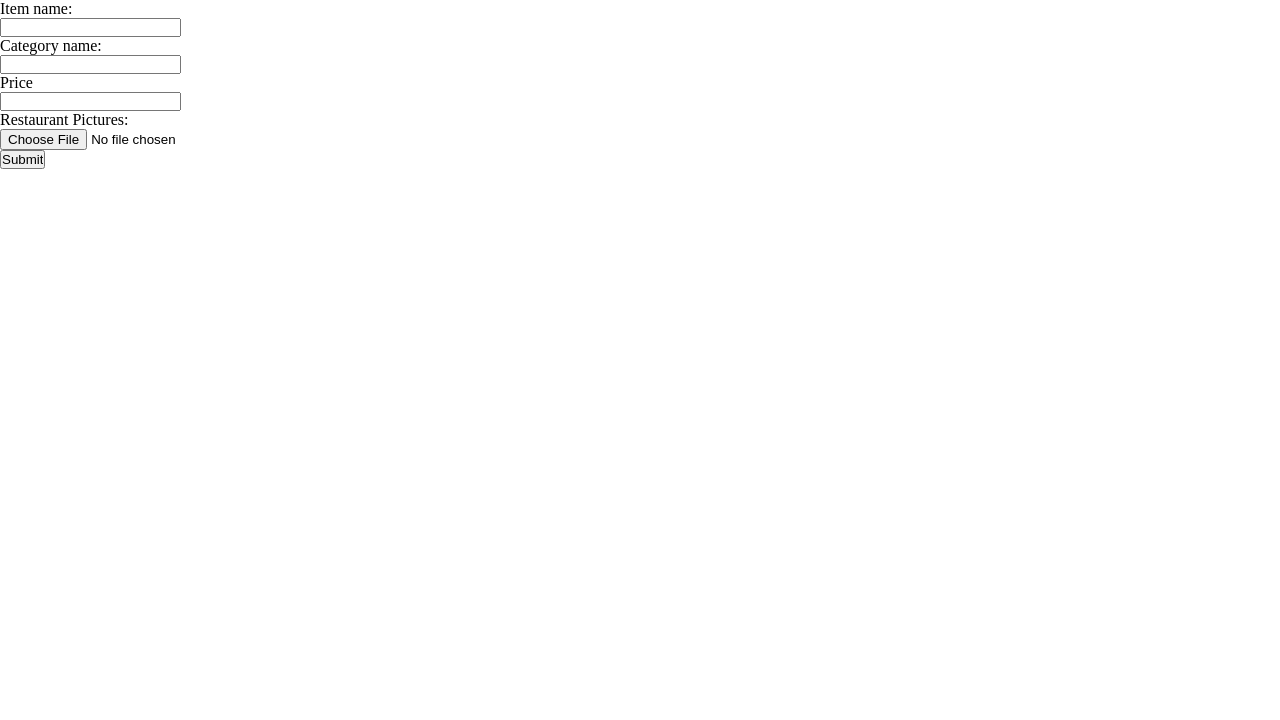
Repository: jatannoury/Ecommerce-Laravel-Electron
Page: Admin-electron/src/HTML/add_item.html
These files come from the project's save history. The page is drawn as it stood at one moment and after the next save; the edit follows.
The browser window is 1280 px wide. The pictures show the whole page.

Above is the page before, as saved 2022-06-10 22:16:48.

### Admin-electron/src/HTML/add_item.html
<!DOCTYPE html>
<html lang="en">

    <head>
        <meta charset="UTF-8">
        <link rel="stylesheet" href="../CSS/styles.css">
        <title>Admin-Add_item</title>
    </head>

    <body>
        <form action="/action_page.php">
            <label for="item_name" id="item_name">Item name:</label><br>
            <input type="text"  name="fname" ><br>
            <label for="Category_name" id="Category_name">Category name:</label><br>
            <input type="text"  name="fname" ><br>
            <label for="price" id="price">Price</label><br>
            <input type="text"  name="fname" ><br>
            <div >
            <label for="pictures">Restaurant Pictures:</label></br>
            <input id="pictures" type="file" accept="image/*">
            </div>
            <input type="submit" value="Submit">

        </form>
    </body>
</html>

### Admin-electron/src/CSS/styles.css
*{
    padding: 0;
    margin: 0;
    box-sizing: border-box;
}
.box-1, .box-2{
    padding:5% 5% 5% 5%;
    margin-left:0% ;
    margin-top: 20%;
    border-radius: 20px;
}

.box-1{
    margin-left: 30%;
}

.box-2{
    margin-left: 5%;
}

 .box-2:hover, .box-1:hover{
    border-color: red;
}

form label{
    padding-top: 50%;
}

After the next save:
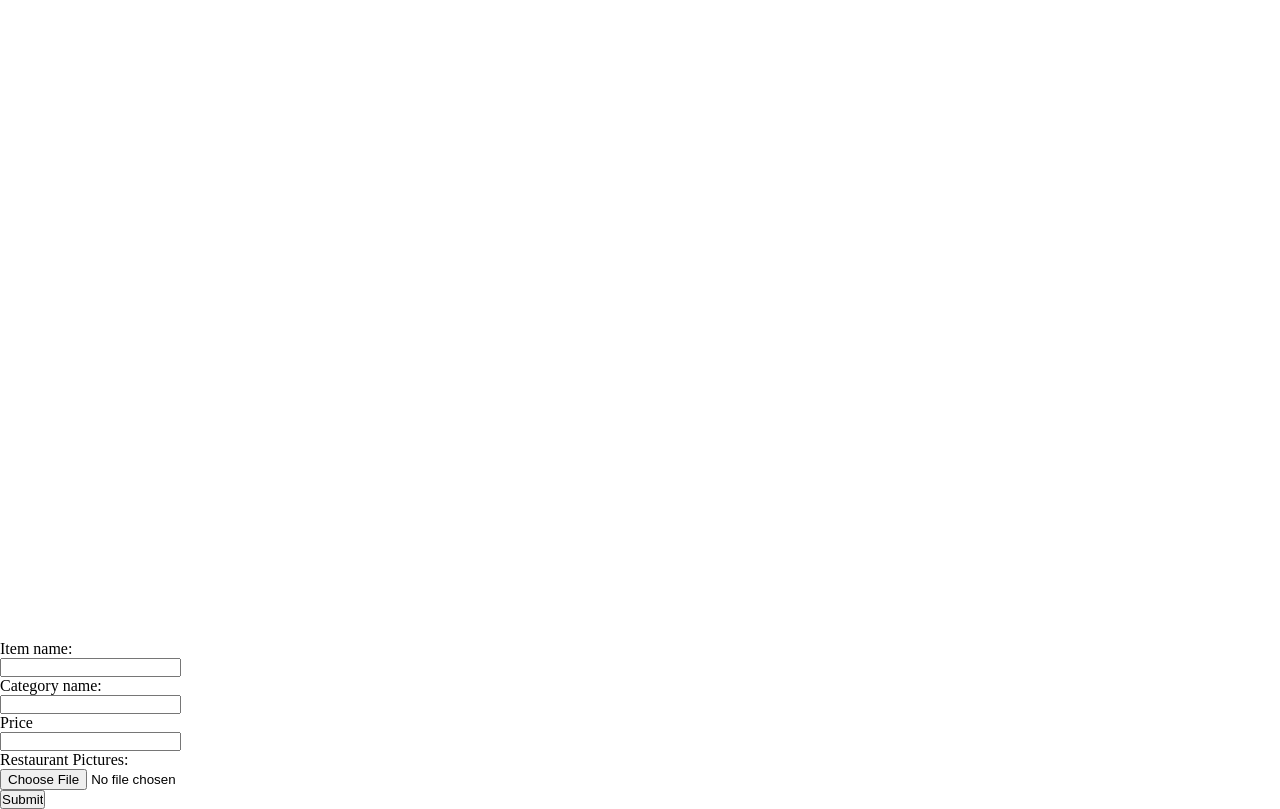
Saved 7 s later.
--- a/Admin-electron/src/CSS/styles.css
+++ b/Admin-electron/src/CSS/styles.css
@@ -22,6 +22,6 @@
     border-color: red;
 }
 
-form label{
+form {
     padding-top: 50%;
 }
